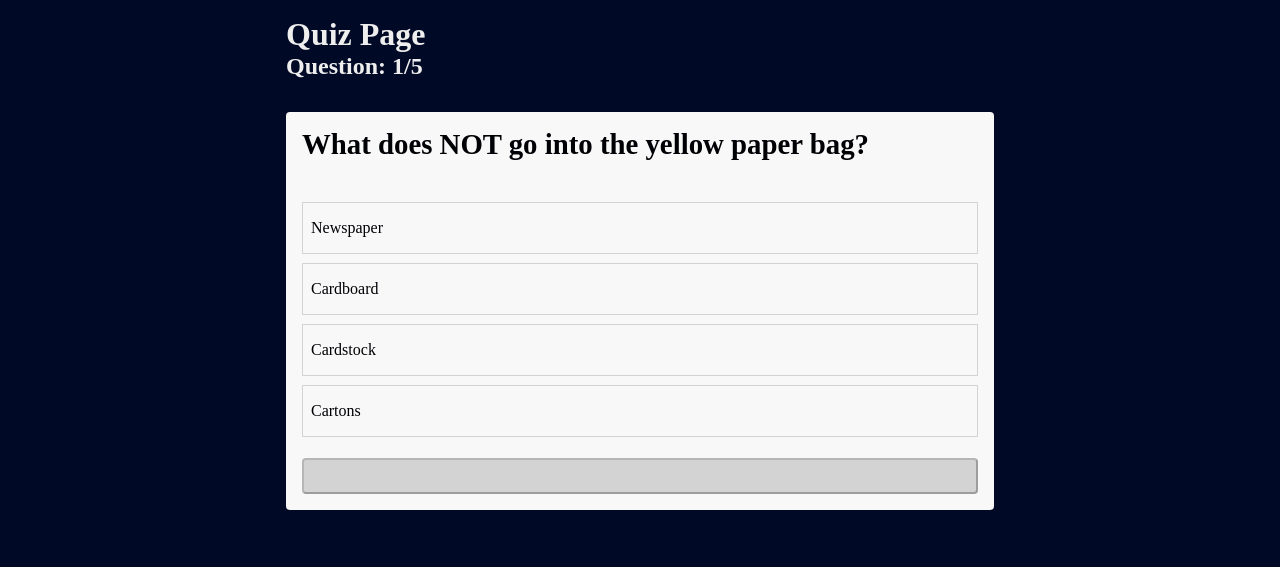
Repository: alemunden/Trash-Scavengers
Page: /quiz
The author's editor kept a copy of each file at every save. The page is drawn from the files as they stood at one save, then again after the next save.
The browser window is 1280 px wide. The pictures show the whole page.
The project was rebuilt for these pictures with package versions that can differ from the ones it lists, and the page was loaded fresh each time. The framework's server and built-in components were replaced by stand-ins that run in the browser. Also part of the build but not shown: next.config.mjs.

Above is the page before, as saved 2024-04-07 16:26:52.

After the next save:
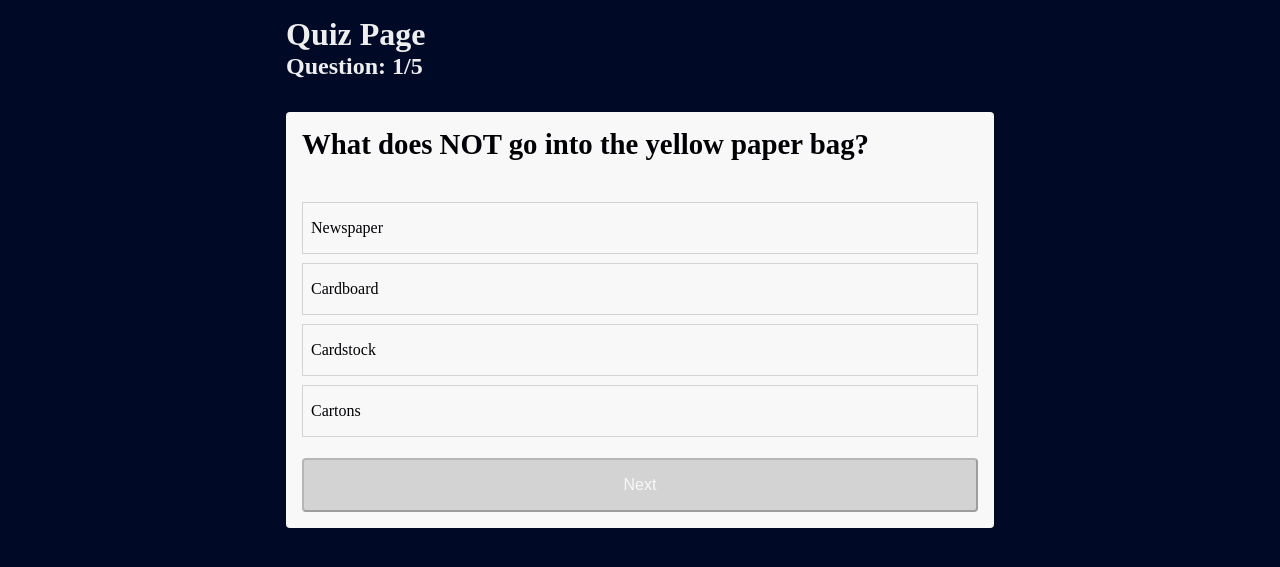
Saved 30 s later.
--- a/pages/quiz.js
+++ b/pages/quiz.js
@@ -51,7 +51,7 @@ export default function Quiz() {
                             <span>{answer}</span>
                         </li>
                     ))}
-                    {checked ? (<button className={styles.btn}>{activeQuestion === question.length - 1 ? 'Finish' : 'Next'}</button>) : (<button disabled className={styles.btnDisabled}></button>)}
+                    {checked ? (<button className={styles.btn}>{activeQuestion === question.length - 1 ? 'Finish' : 'Next'}</button>) : (<button disabled className={styles.btnDisabled}>{''}{activeQuestion === question.length - 1 ? 'Finish' : 'Next'}</button>)}
                 </div>) : (<div className={styles.quizContainer}></div>)}
             </div>
         </div>
